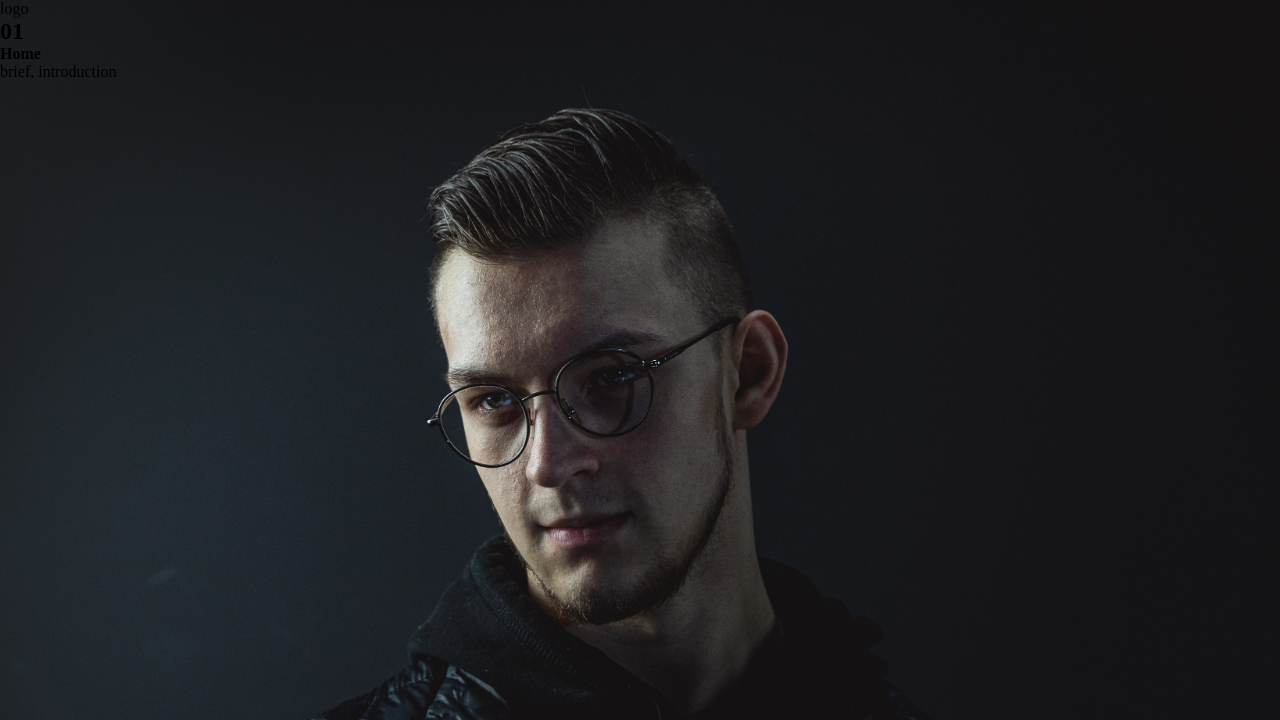
Repository: linco6054/simple-html
Page: index.html
These files come from the project's save history. The page is drawn as it stood at one moment and after the next save; the edit follows.
The browser window is 1280 px wide. The pictures show the whole page.

Above is the page before, as saved 2021-08-16 15:34:38.

### index.html
<!DOCTYPE html>
<html lang="en">
  <head>
    <meta charset="UTF-8" />
    <meta http-equiv="X-UA-Compatible" content="IE=edge" />
    <meta name="viewport" content="width=device-width, initial-scale=1.0" />
    <link rel="stylesheet" href="style.css" />
    <title>Lincoln</title>
  </head>
  <body>
    <section class="sec1">
      <nav>
        <span>logo</span>
        <ul>
          <li>
            <h2>01</h2>
            <h4>Home</h4>
            <p>brief, introduction</p>
          </li>
        </ul>
      </nav>
    </section>
  </body>
</html>

### style.css
* {
  margin: 0;
  padding: 0;
}
body {
  max-width: 100%;
  height: auto;
  overflow: hidden;
}
section {
  height: 100vh;
  width: 100%;
  overflow: hidden;
}
/* ================================Sectiion 1================================== */
.sec1 {
  background-image: url("./images/bg.jpg");
  background-size: cover;
  background-repeat: no-repeat;
}

After the next save:
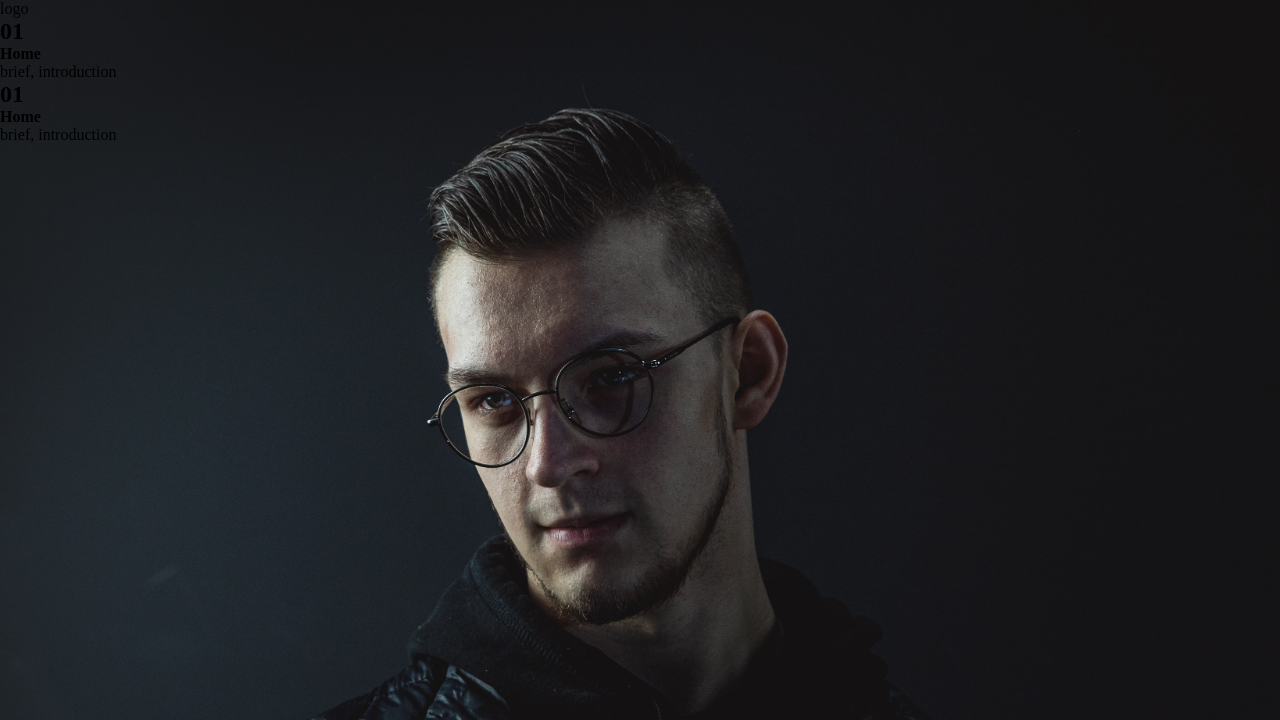
Saved 6 s later.
--- a/index.html
+++ b/index.html
@@ -17,6 +17,11 @@
             <h4>Home</h4>
             <p>brief, introduction</p>
           </li>
+            <li>
+            <h2>01</h2>
+            <h4>Home</h4>
+            <p>brief, introduction</p>
+          </li>
         </ul>
       </nav>
     </section>
